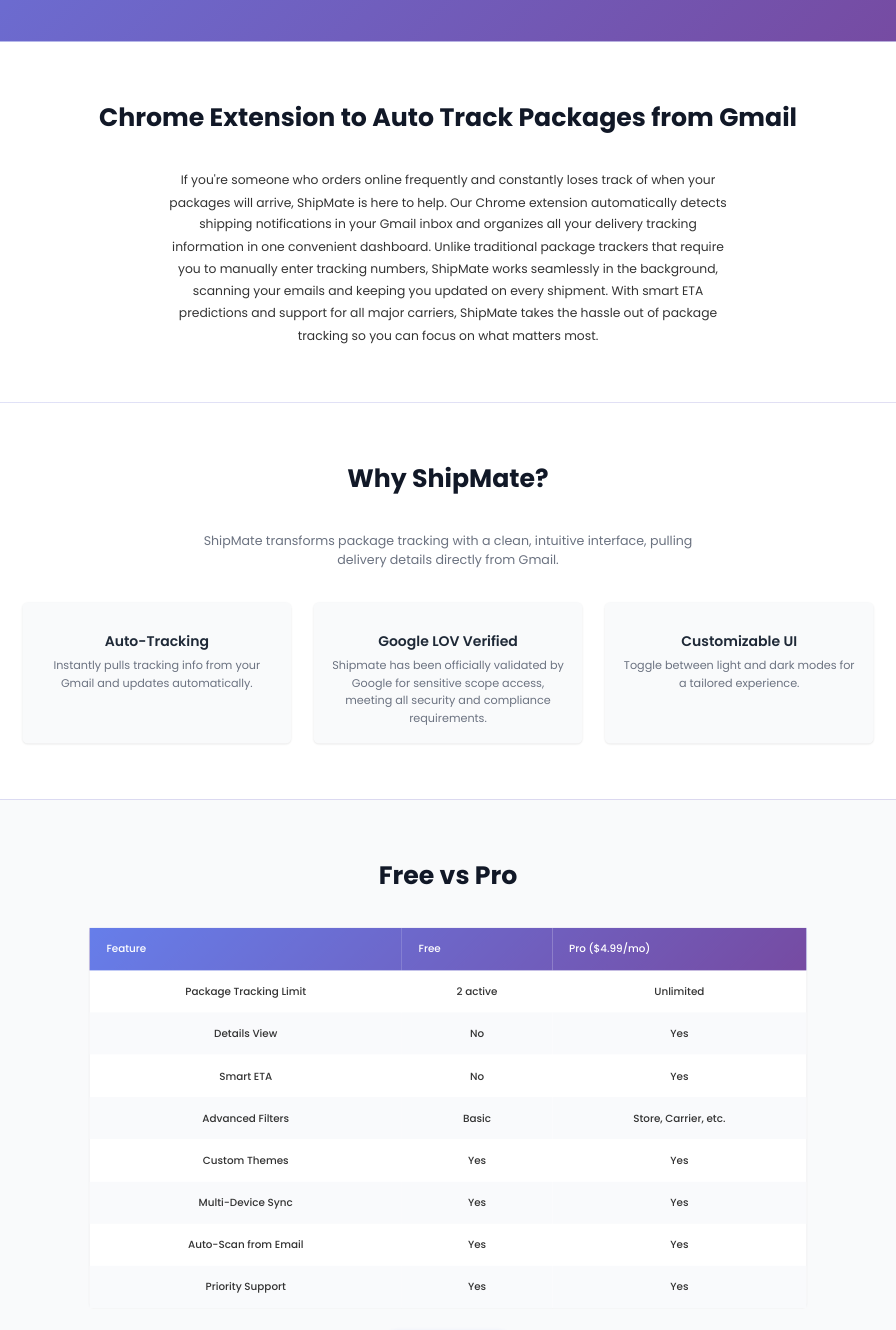
Repository: epeguero8311/shipmate-website
Page: index.html
An editor plug-in stored every save of this project. The page is shown before and after the next save, followed by the edit.
The browser window is 1280 px wide. The pictures show the part of the page from y = 845 to 2745 px (the page is 4270 px tall), at 70% of full size.
A picture or video elsewhere on the page could not be fetched, so the positions and the page height are approximate.

Above is the page before, as saved 2025-12-13 15:09:54.

### index.html
<!DOCTYPE html>
<html lang="en">
<head>
  <meta charset="UTF-8" />
  <meta name="viewport" content="width=device-width, initial-scale=1.0" />
  <title>ShipMate – Package Tracking Chrome Extension</title>
  <meta name="description" content="ShipMate lets you track all your packages effortlessly, straight from your Gmail inbox." />
  <link rel="icon" href="assets/icons/icon.png" type="image/png" />
  <link href="https://fonts.googleapis.com/css2?family=Poppins:wght@200;300;400;500;600;700&display=swap" rel="stylesheet">
  <link rel="stylesheet" href="https://cdnjs.cloudflare.com/ajax/libs/font-awesome/5.15.3/css/all.min.css"/>
  <link rel="stylesheet" href="styles/styles.css" />
  <link rel="stylesheet" href="styles/video-styles.css" />
</head>
<body>

  <nav>
    <div class="wrapper">
      <div class="logo">
        <a href="index.html">
          <img src="assets/icons/icon.png" alt="ShipMate Logo" class="nav-logo-img" />
          ShipMate
        </a>
      </div>
      <input type="radio" name="slider" id="menu-btn">
      <input type="radio" name="slider" id="close-btn">
      <ul class="nav-links">
        <label for="close-btn" class="btn close-btn"><i class="fas fa-times"></i></label>
        <li><a href="index.html">Home</a></li>
        <li><a href="help.html">Getting Started</a></li>
        <li><a href="contact.html">Contact</a></li>
        <li><a href="privacy.html">Privacy Policy</a></li>
        <li><a href="terms.html">Terms of Service</a></li>
      </ul>
      <label for="menu-btn" class="btn menu-btn"><i class="fas fa-bars"></i></label>
    </div>
  </nav>

  <header class="header">
    <div class="header-container">
      <div class="header-logo-title">
        <h1 class="header-title">ShipMate</h1>
        <img src="assets/icons/icon.png" alt="ShipMate Logo" class="header-logo" />
      </div>
      <p class="header-subtitle">Track your packages effortlessly, straight from your Gmail inbox.</p>
    </div>
      <div class="video-container">
        <a href="https://www.youtube.com/watch?v=DmA69-PWDIE" target="_blank" class="video-link">
          <video autoplay loop muted playsinline class="demo-video">
            <source src="assets/demo-video.mp4" type="video/mp4">
            Your browser does not support the video tag.
          </video>
        </a>
      </div>
    <div class="header-buttons">
        <a href="https://chromewebstore.google.com/detail/shipmate-delivery-tracker/hbnidnckiggpllldjpolkijioglgdcma?utm_source=item-share-cb" class="btn btn-primary">Add to Chrome</a>
    </div>
  </header>

  <section class="section">
    <div class="section-container">
      <h2 class="section-title">Chrome Extension to Auto Track Packages from Gmail</h2>
      <p class="section-text" style="max-width: 800px; margin: 0 auto; text-align: center; line-height: 1.8; font-size: 1.1rem;">
        If you're someone who orders online frequently and constantly loses track of when your packages will arrive, ShipMate is here to help. Our Chrome extension automatically detects shipping notifications in your Gmail inbox and organizes all your delivery tracking information in one convenient dashboard. Unlike traditional package trackers that require you to manually enter tracking numbers, ShipMate works seamlessly in the background, scanning your emails and keeping you updated on every shipment. With smart ETA predictions and support for all major carriers, ShipMate takes the hassle out of package tracking so you can focus on what matters most.
      </p>
    </div>
  </section>

  <section class="section">
    <div class="section-container">
      <h2 class="section-title">Why ShipMate?</h2>
      <p class="section-subtitle">ShipMate transforms package tracking with a clean, intuitive interface, pulling delivery details directly from Gmail.</p>
      <div class="grid">
        <div class="card fade-in">
          <h3 class="card-title">Auto-Tracking</h3>
          <p class="card-text">Instantly pulls tracking info from your Gmail and updates automatically.</p>
        </div>
        <div class="card fade-in">
          <h3 class="card-title">Google LOV Verified</h3>
          <p class="card-text">
            Shipmate has been officially validated by Google for sensitive scope access, meeting all security and compliance requirements.
          </p>
        </div>
        <div class="card fade-in">
          <h3 class="card-title">Customizable UI</h3>
          <p class="card-text">Toggle between light and dark modes for a tailored experience.</p>
        </div>
      </div>
    </div>
  </section>

  <section class="section-alt">
    <div class="section-container">
      <h2 class="section-title">Free vs Pro</h2>
      <div class="table-wrapper">
        <table class="table">
          <thead>
            <tr class="table-header">
              <th>Feature</th>
              <th>Free</th>
              <th>Pro ($4.99/mo)</th>
            </tr>
          </thead>
          <tbody>
            <tr><td>Package Tracking Limit</td><td>2 active</td><td>Unlimited</td></tr>
            <tr><td>Details View</td><td>No</td><td>Yes</td></tr>
            <tr><td>Smart ETA</td><td>No</td><td>Yes</td></tr>
            <tr><td>Advanced Filters</td><td>Basic</td><td>Store, Carrier, etc.</td></tr>
            <tr><td>Custom Themes</td><td>Yes</td><td>Yes</td></tr>
            <tr><td>Multi-Device Sync</td><td>Yes</td><td>Yes</td></tr>
            <tr><td>Auto-Scan from Email</td><td>Yes</td><td>Yes</td></tr>
            <tr><td>Priority Support</td><td>Yes</td><td>Yes</td></tr>
          </tbody>
        </table>
      </div>
      <div class="header-buttons" style="margin-top: 2rem;">
        <a href="https://chromewebstore.google.com/detail/shipmate-delivery-tracker/hbnidnckiggpllldjpolkijioglgdcma?utm_source=item-share-cb" class="btn2 btn2-primary">Add to Chrome</a>
      </div>
    </div>
  </section>

  <section class="section">
    <div class="section-container">
      <h2 class="section-title">See ShipMate in Action</h2>
      <p class="section-subtitle">Explore how ShipMate simplifies your delivery tracking.</p>
      <div class="grid grid-screenshots">
        <div class="card fade-in">
          <img src="assets/screenshot1.png" class="screenshot-img" alt="Dashboard">
          <h3>Smart Dashboard</h3>
        </div>
        <div class="card fade-in">
          <img src="assets/screenshot2.png" class="screenshot-img" alt="Package Details">
          <h3>Package Details</h3>
        </div>
        <div class="card fade-in">
          <img src="assets/screenshot3.png" class="screenshot-img" alt="Dark Mode">
          <h3>Theme Switching</h3>
        </div>
      </div>
    </div>
  </section>

  <section class="cta">
    <div class="cta-container">
      <h2 class="section-title">Track Smarter with ShipMate</h2>
      <p class="section-subtitle">Install ShipMate now for effortless tracking. Go Pro for unlimited features.</p>
      <div class="header-buttons">
        <a href="help.html" class="btn btn-secondary">Getting Started</a>
        <a href="privacy.html" class="btn btn-secondary">Privacy Policy</a>
        <a href="terms.html" class="btn btn-secondary">Terms of Service</a>
      </div>
    </div>
  </section>

  <footer class="footer">
    <div class="footer-container">
      <p>
        &copy; 2025 ShipMate. All rights reserved. |
        <a href="terms.html" class="link">Terms</a> |
        <a href="privacy.html" class="link">Privacy</a> |
        <a href="help.html" class="link">Help</a> |
        Contact: shipmateextension@gmail.com
      </p>
    </div>
  </footer>

  <script src="theme-handler.js"></script>

</body>
</html>

### styles/styles.css
@import url('https://fonts.googleapis.com/css2?family=Poppins:wght@200;300;400;500;600;700&display=swap');

* {
  margin: 0;
  padding: 0;
  box-sizing: border-box;
}

html {
  scroll-behavior: smooth;
  -ms-overflow-style: none;
  scrollbar-width: none;
}

html::-webkit-scrollbar { display: none; }

body {
  background: linear-gradient(135deg, #667eea 0%, #764ba2 100%);
  margin: 0;
  font-family: 'Poppins', sans-serif;
  -webkit-font-smoothing: antialiased;
  color: #333;
  padding-top: 70px;
}

nav{
  position: fixed;
  z-index: 99;
  width: 100%;
  top: 0;
  background: #242526;
}
nav .wrapper{
  position: relative;
  max-width: 1300px;
  padding: 0px 30px;
  height: 70px;
  line-height: 70px;
  margin: auto;
  display: flex;
  align-items: center;
  justify-content: space-between;
}
.wrapper .logo a{
  color: #f2f2f2;
  font-size: 24px;
  font-weight: 600;
  text-decoration: none;
  display: flex;
  align-items: center;
  gap: 10px;
}
.nav-logo-img{
  width: 40px;
  height: 40px;
  border-radius: 8px;
}
.wrapper .nav-links{
  display: inline-flex;
}
.nav-links li{
  list-style: none;
}
.nav-links li a{
  color: #f2f2f2;
  text-decoration: none;
  font-size: 18px;
  font-weight: 500;
  padding: 9px 15px;
  border-radius: 5px;
  transition: all 0.3s ease;
}
.nav-links li a:hover{
  background: #3A3B3C;
}
.nav-links .mobile-item{
  display: none;
}
.wrapper .btn{
  color: #fff;
  font-size: 20px;
  cursor: pointer;
  display: none;
}
.wrapper .btn.close-btn{
  position: absolute;
  right: 30px;
  top: 10px;
}

@media screen and (max-width: 970px) {
  .wrapper .btn{
    display: block;
  }
  .wrapper .nav-links{
    position: fixed;
    height: 100vh;
    width: 100%;
    max-width: 350px;
    top: 0;
    left: -100%;
    background: #242526;
    display: block;
    padding: 50px 10px;
    line-height: 50px;
    overflow-y: auto;
    box-shadow: 0px 15px 15px rgba(0,0,0,0.18);
    transition: all 0.3s ease;
  }
  ::-webkit-scrollbar {
    width: 10px;
  }
  ::-webkit-scrollbar-track {
    background: #242526;
  }
  ::-webkit-scrollbar-thumb {
    background: #3A3B3C;
  }
  #menu-btn:checked ~ .nav-links{
    left: 0%;
  }
  #menu-btn:checked ~ .btn.menu-btn{
    display: none;
  }
  #close-btn:checked ~ .btn.menu-btn{
    display: block;
  }
  .nav-links li{
    margin: 15px 10px;
  }
  .nav-links li a{
    padding: 0 20px;
    display: block;
    font-size: 20px;
  }
  .nav-links .desktop-item{
    display: none;
  }
  .nav-links .mobile-item{
    display: block;
    color: #f2f2f2;
    font-size: 20px;
    font-weight: 500;
    padding-left: 20px;
    cursor: pointer;
    border-radius: 5px;
    transition: all 0.3s ease;
  }
  .nav-links .mobile-item:hover{
    background: #3A3B3C;
  }
}
nav input{
  display: none;
}

.header {
  background: linear-gradient(135deg, #667eea 0%, #764ba2 100%);
  color: white;
  padding: 4rem 0;
  text-align: center;
}

.header-container {
  max-width: 100%;
  padding: 0 1rem;
  padding-bottom: 2.5rem;
}

.header-logo-title {
  display: flex;
  align-items: center;
  justify-content: center;
  gap: 1rem;
  flex-wrap: wrap;
}

.header-logo {
  width: 60px;
  height: 60px;
  border-radius: 12px;
}

.header-title {
  font-size: 2.25rem;
  font-weight: 800;
  letter-spacing: -0.025em;
  animation: fadeIn 1s forwards;
}

@media (min-width: 768px) {
  .header-title { font-size: 3rem; }
}

.header-subtitle {
  margin-top: 1rem;
  font-size: 1.125rem;
  color: #DBEAFE;
  max-width: 32rem;
  margin-left: auto;
  margin-right: auto;
}

@media (min-width: 768px) {
  .header-subtitle { font-size: 1.25rem; }
}

.header-buttons {
  display: flex;
  gap: 12px;
  justify-content: center;
  align-items: center;
  flex-wrap: wrap;
  margin-top: 20px;
}

.btn {
  display: inline-block;
  font-weight: 600;
  padding: 0.75rem 2rem;
  border-radius: 9999px;
  text-decoration: none;
  transition: all 0.3s ease;
  font-size: 1rem;
}

.btn-primary {
  background-color: white;
  color: #2563EB;
}

.btn-primary:hover {
  transform: scale(1.05);
  background-color: #EFF6FF;
  box-shadow: 0 4px 12px rgba(37, 99, 235, 0.2);
}

.btn-secondary {
  background: transparent;
  color: #ffffff;
  border: 2px solid #ececec;
  padding: 0.75rem 2rem;
  border-radius: 9999px;
  font-weight: 600;
  font-size: 1rem;
  text-decoration: none;
}

.btn-secondary:hover {
  background: #667eea;
  color: white;
  transform: translateY(-2px);
  box-shadow: 0 4px 12px rgba(102, 126, 234, 0.3);
}

.btn2 {
  display: inline-block;
  font-weight: 600;
  padding: 0.85rem 2.2rem;
  border-radius: 9999px;
  text-decoration: none;
  transition: all 0.3s ease;
  font-size: 1rem;
  border: 2.5px solid transparent;
}

.btn2-primary {
  background: white;
  color: #0051ff;
  border: 2.5px solid #0051ff;
  box-shadow: 0 2px 8px rgba(0, 81, 255, 0.15);
}

.btn2-primary:hover {
  background: #f0f5ff;
  border-color: #0044cc;
  transform: translateY(-2px) scale(1.03);
  box-shadow: 0 6px 16px rgba(0, 81, 255, 0.25);
}

.section, .section-alt, .cta {
  padding: 5rem 0;
}

.section { background-color: white; }
.section-alt { background-color: #F9FAFB; }

.section-container, .cta-container {
  max-width: 100%;
  padding: 0 1rem;
  margin: 0 auto;
}

.section-title {
  font-size: 1.875rem;
  font-weight: 700;
  color: #111827;
  text-align: center;
  margin-bottom: 3rem;
  animation: fadeIn 1s forwards;
}

@media (min-width: 768px) {
  .section-title { font-size: 2.25rem; }
}

.section-subtitle {
  text-align: center;
  color: #6B7280;
  margin-bottom: 3rem;
  max-width: 48rem;
  margin-left: auto;
  margin-right: auto;
  font-size: 1.125rem;
}

.grid {
  display: grid;
  gap: 2rem;
  padding: 0 1rem;
}

@media (min-width: 768px) {
  .grid { grid-template-columns: repeat(3, 1fr); }
}

.grid-screenshots {
  display: grid;
  gap: 2rem;
  padding: 0 1rem;
}

@media (min-width: 768px) {
  .grid-screenshots { grid-template-columns: repeat(3, 1fr); }
}

@media (max-width: 767px) {
  .grid-screenshots { grid-template-columns: 1fr; }
}

.card {
  text-align: center;
  padding: 1.5rem;
  background-color: #F9FAFB;
  border-radius: 0.5rem;
  box-shadow: 0 1px 3px rgba(0, 0, 0, 0.1);
  transition: transform 0.3s ease;
}

.card:hover { transform: scale(1.05); }

.card-title {
  font-size: 1.25rem;
  font-weight: 600;
  color: #1F2937;
  margin: 1rem 0 0.5rem;
}

.card-text { color: #6B7280; }

.screenshot-img {
  width: 300px;
  height: auto;
  border-radius: 0.5rem;
  margin-bottom: 1rem;
  border: 3px solid transparent;
  padding: 4px;
  box-sizing: border-box;
}
.table-wrapper {
  overflow-x: auto;
  padding: 0 1rem;
  margin: 2rem 0;
}

.table {
  width: 100%;
  max-width: 64rem;
  margin: 0 auto;
  background-color: white;
  border-radius: 0.5rem;
  box-shadow: 0 1px 3px rgba(0, 0, 0, 0.1);
  border-collapse: collapse;
}

.table-header {
  background: linear-gradient(135deg, #667eea 0%, #764ba2 100%);
  color: white;
}

.table th, .table td {
  padding: 1.2rem 1.5rem;
  text-align: center;
  font-size: 0.925rem;
  font-weight: 500;
}

.table th { text-align: left; }

.table tbody tr:nth-child(even) {
  background-color: #f9fafc;
}

.table tbody tr:hover {
  background-color: #f1f5f9;
}
.cta {
  background: linear-gradient(135deg, #667eea 0%, #764ba2 100%);
  color: white;
  text-align: center;
}

.cta .section-title { color: white; }
.cta .section-subtitle { color: #DBEAFE; }

.footer {
  background-color: #111827;
  color: white;
  text-align: center;
  padding: 2rem 1rem;
  font-size: 0.9rem;
}

.footer-container { max-width: 100%; padding: 0 1rem; }

.link {
  color: #D1D5DB;
  text-decoration: underline;
}

.link:hover { color: white; }
.fade-in {
  opacity: 0;
  animation: fadeIn 1s forwards;
}

@keyframes fadeIn {
  to { opacity: 1; }
}

### styles/video-styles.css
.video-section {
  padding: 3rem 1rem;
  background: linear-gradient(135deg, #667eea 0%, #764ba2 100%);
}

.video-container {
  max-width: 900px;
  margin: 0 auto;
  position: relative;
  border-radius: 12px;
  overflow: hidden;
  box-shadow: 0 10px 40px rgba(0, 0, 0, 0.3);
}

.video-link {
  display: block;
  position: relative;
  cursor: pointer;
  text-decoration: none;
}

.demo-video {
  width: 100%;
  height: auto;
  display: block;
  transition: transform 0.3s ease;
}

.video-overlay {
  position: absolute;
  top: 0;
  left: 0;
  right: 0;
  bottom: 0;
  background: rgba(0, 0, 0, 0);
  display: flex;
  flex-direction: column;
  align-items: center;
  justify-content: center;
  gap: 0.5rem;
  opacity: 0;
  transition: all 0.3s ease;
  pointer-events: none;
}

.video-overlay i {
  font-size: 4rem;
  color: #fff;
  text-shadow: 0 2px 10px rgba(0, 0, 0, 0.5);
}

.video-overlay span {
  font-size: 1.2rem;
  font-weight: 600;
  color: #fff;
  text-shadow: 0 2px 10px rgba(0, 0, 0, 0.5);
}

.video-link:hover .video-overlay {
  background: rgba(0, 0, 0, 0.4);
  opacity: 1;
}

.video-link:hover .demo-video {
  transform: scale(1.02);
}

@media (max-width: 768px) {
  .video-section {
    padding: 2rem 1rem;
  }

  .video-overlay i {
    font-size: 3rem;
  }

  .video-overlay span {
    font-size: 1rem;
  }
}

### theme-handler.js
// Theme Detection and Favicon Switching for ShipMate
(function() {
  // Define icon paths
  const icons = {
    light: 'assets/icons/iconBlack.png',  // Black icon for light theme
    dark: 'assets/icons/icon.png'          // White icon for dark theme
  };

  // Function to update favicon only based on theme
  function updateFavicon(isDark) {
    const iconPath = isDark ? icons.dark : icons.light;

    // Update favicon only
    const favicon = document.querySelector('link[rel="icon"]');
    if (favicon) {
      favicon.href = iconPath;
    }
  }

  // Function to detect and apply theme
  function detectAndApplyTheme() {
    // Check if user prefers dark mode
    const prefersDark = window.matchMedia('(prefers-color-scheme: dark)').matches;
    updateFavicon(prefersDark);
  }

  // Run on page load
  detectAndApplyTheme();

  // Listen for theme changes
  const darkModeMediaQuery = window.matchMedia('(prefers-color-scheme: dark)');

  // Modern way (addEventListener)
  if (darkModeMediaQuery.addEventListener) {
    darkModeMediaQuery.addEventListener('change', (e) => {
      updateFavicon(e.matches);
    });
  }
  // Fallback for older browsers
  else if (darkModeMediaQuery.addListener) {
    darkModeMediaQuery.addListener((e) => {
      updateFavicon(e.matches);
    });
  }

  // Optional: Log current theme (for debugging)
  console.log('ShipMate Favicon Theme:', darkModeMediaQuery.matches ? 'Dark' : 'Light');
})();

After the next save:
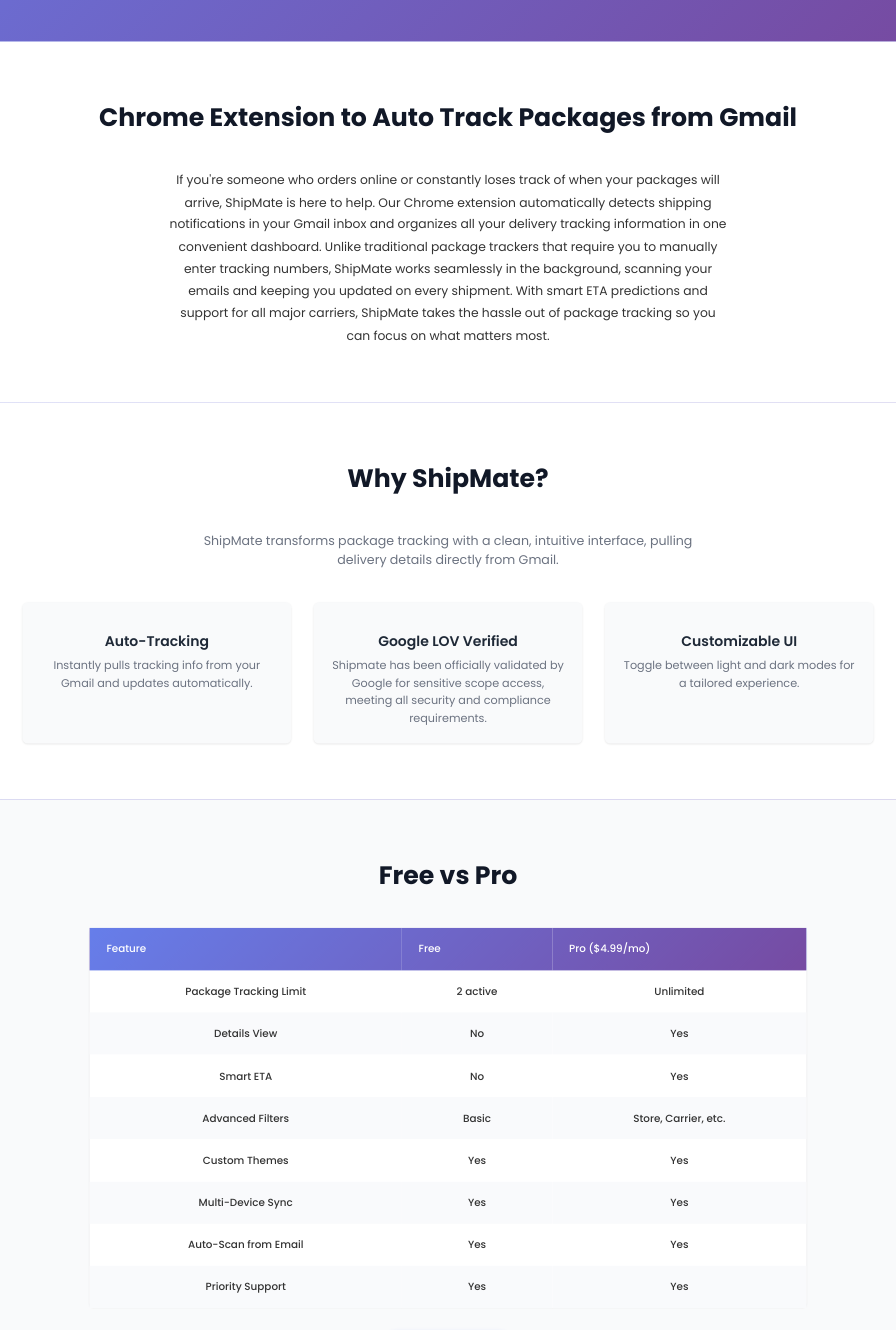
Saved 19 s later.
--- a/index.html
+++ b/index.html
@@ -60,7 +60,7 @@
     <div class="section-container">
       <h2 class="section-title">Chrome Extension to Auto Track Packages from Gmail</h2>
       <p class="section-text" style="max-width: 800px; margin: 0 auto; text-align: center; line-height: 1.8; font-size: 1.1rem;">
-        If you're someone who orders online frequently and constantly loses track of when your packages will arrive, ShipMate is here to help. Our Chrome extension automatically detects shipping notifications in your Gmail inbox and organizes all your delivery tracking information in one convenient dashboard. Unlike traditional package trackers that require you to manually enter tracking numbers, ShipMate works seamlessly in the background, scanning your emails and keeping you updated on every shipment. With smart ETA predictions and support for all major carriers, ShipMate takes the hassle out of package tracking so you can focus on what matters most.
+        If you're someone who orders online or constantly loses track of when your packages will arrive, ShipMate is here to help. Our Chrome extension automatically detects shipping notifications in your Gmail inbox and organizes all your delivery tracking information in one convenient dashboard. Unlike traditional package trackers that require you to manually enter tracking numbers, ShipMate works seamlessly in the background, scanning your emails and keeping you updated on every shipment. With smart ETA predictions and support for all major carriers, ShipMate takes the hassle out of package tracking so you can focus on what matters most.
       </p>
     </div>
   </section>
